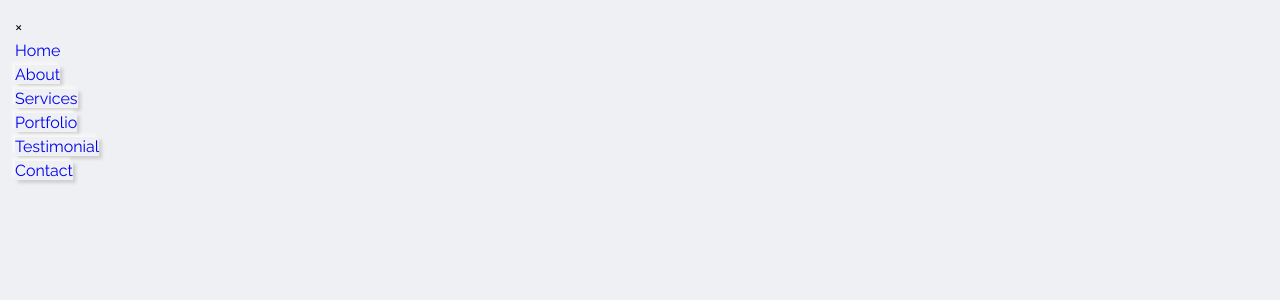
Repository: Mohamed-Hema/Personal-Portfolio---webshala
Page: index.html
The author's editor kept a copy of each file at every save. The page is drawn from the files as they stood at one save, then again after the next save.
The browser window is 1280 px wide. The pictures show the whole page.

Above is the page before, as saved 2021-05-02 14:09:38.

### index.html
<!DOCTYPE html>
<html lang="zxx">
<head>
  <meta charset="utf-8">
  <title>Personal Portfolio Website</title>
  <meta name="viewport" content="width=device-width,initial-scale=1.0">
  <!-- font awesome -->
  <link rel="stylesheet" type="text/css" href="css/font-awesome.css">
  <!-- main css -->
  <link rel="stylesheet" type="text/css" href="css/style.css">
</head>
<body>
    <!-- Start Header -->
    <header class="header">
      <div class="container">
        <div class="row justify-content-between">
          <div class="logo">
            <a href="index.html">w</a>
          </div>
          <div class="hamburger-btn outer-shadow hover-in-shadow">
            <span></span>
          </div>
        </div>
      </div>
    </header>
    <!-- End Header -->
    <!-- Start NavBar -->
    <nav class="nav-menu">
      <div class="close-nav-menu">&times;</div>
      <div class="nav-menu-inner">
        <ul>
          <li><a href="#" class="inner-shadow active">Home</a></li>
          <li><a href="#" class="outer-shadow hover-in-shadow">About</a></li>
          <li><a href="#" class="outer-shadow hover-in-shadow">Services</a></li>
          <li><a href="#" class="outer-shadow hover-in-shadow">Portfolio</a></li>
          <li><a href="#" class="outer-shadow hover-in-shadow">Testimonial</a></li>
          <li><a href="#" class="outer-shadow hover-in-shadow">Contact</a></li>
        </ul>
      </div>
    </nav>

    <!-- End NavBar -->

<!-- main js -->
<script src="js/main.js"></script>
<!-- style switcher js -->
<script src="js/style-switcher.js"></script>
</body>
</html>

### css/style.css
/* Start Global Styles */
/* Fonts */
@import url('https://fonts.googleapis.com/css2?family=Raleway&display=swap');
@import url("skins/color-1.css");

/* Define Custom Css Variables */
:root{
    --bg-black-900: #000;
    --bg-black-100: #ddd;
    --bg-black-50:#eff0f4;
    --text-black-900:#000;
    --text-black-700: #555;
    --text-black-600: #666;
    --text-black-300: #bbb;
    --outer-shadow: 3px 3px 3px #d0d0d0, -3px -3px 3px #f8f8f8;
    --outer-shadow-0: 0 0 0 #d0d0d0, 0 0 0 #f8f8f8;
    --inner-shadow: inset 3px 3px 3px #d0d0d0, inset -3px -3px 3px #f8f8f8;
}

body{
    font-size: 16px;
    line-height: 1.5;
    overflow-x: hidden;
    background-color: var(--bg-black-50);
}
*:not(i){
    font-family: 'Raleway', sans-serif;
    font-weight: 400;
}
*,
*::before,
*::after{
    margin: 0;
    padding: 0;
    box-sizing: border-box;
    outline: none;
}
a{
    text-decoration: none;
}
ul{
    list-style: none;
    margin: 0;
    padding: 0;
}
img{
    vertical-align: middle;
    max-width: 100%;
}
.container{
    max-width: 1140px;
    margin: auto;
}
.row{
    display: flex;
    flex-wrap: wrap;
}

.justify-content-between{
    justify-content: space-between;
}
.outer-shadow{
    box-shadow: var(--outer-shadow);
}
.hover-in-shadow{
    position: relative;
    z-index: 1;
}
.hover-in-shadow:hover{
    box-shadow: var(--outer-shadow-0);
}
.hover-in-shadow::after{
    content: '';
    position: absolute;
    left: 0;
    top: 0;
    width: 100%;
    height: 100%;
    transition: all .3s ease;
}
.hover-in-shadow:hover::after{
    box-shadow: var(--inner-shadow);

}
/* End Global Styles */
/* Start Header */
.header{
    padding: 20px 15px;
    position: absolute;
    width: 100%;
    top: 0;
    left: 0;
    z-index: 99;
}
.header .logo a{
    display: inline-block;
    text-align: center;
    line-height: 36px;
    height: 40px;
    width: 40px;
    font-size: 24px;
    color: var(--skin-color);
    border-radius: 50%;
    border: 2px solid var(--skin-color);
    font-weight: 600;
    text-transform: uppercase;
}
.header .hamburger-btn{
    height: 40px;
    width: 40px;
    display: flex;
    align-items: center;
    cursor: pointer;
    border-radius: 50%;
    justify-content: center;
    transition: all .3s ease;
}
.header .hamburger-btn::after{
    border-radius: 50%;

}
.header .hamburger-btn span{
    display: block;
    height: 2px;
    width: 16px;
    background-color: var(--bg-black-900);
    position: relative;
}
.header .hamburger-btn span::before,
.header .hamburger-btn span::after{
    content: '';
    position: absolute;
    left: 0;
    width: 100%;
    height: 100%;
    background-color: var(--bg-black-900);
}
.header .hamburger-btn span::before{
    top: -6px;
}
.header .hamburger-btn span::after{
    top: 6px;
}


/* End Header */
/* Start NavBar */
.nav-menu{
    position: fixed;
    padding: 15px;
    left: 0;
    top: 0;
    width: 100%;
    height: 100%;
    z-index: 999;
    background-color: var(--bg-black-50);
}
.nav-menu-inner{
    /* background-color: blue;
    min-height: 100vh; */
}
.nav-menu ul {
    /* background-color: violet; */
}



/* End NavBar */

Loaded but not shown: css/font-awesome.css (library); css/skins/color-1.css (common file); js/main.js (no stored copy; drawn as an empty file); js/style-switcher.js (no stored copy; drawn as an empty file)

After the next save:
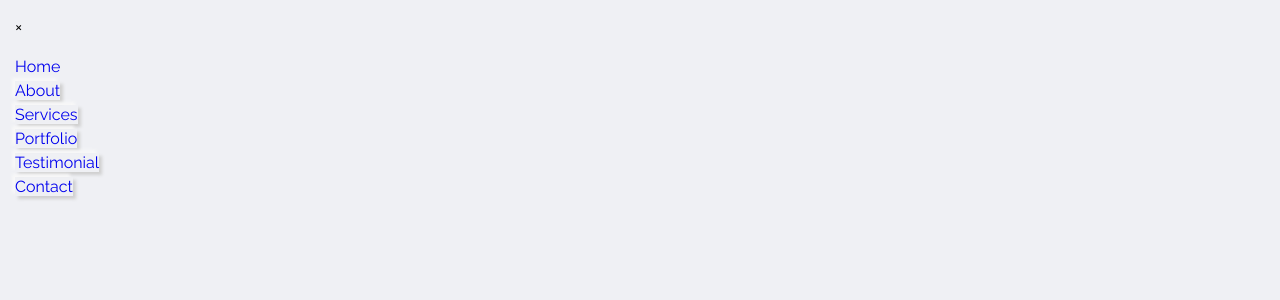
Saved 30 s later.
--- a/css/style.css
+++ b/css/style.css
@@ -155,6 +155,11 @@ img{
     z-index: 999;
     background-color: var(--bg-black-50);
 }
+.nav-menu .close-nav-menu{
+    height: 40px;
+    width: 40px;
+    display: block;
+}
 .nav-menu-inner{
     /* background-color: blue;
     min-height: 100vh; */
